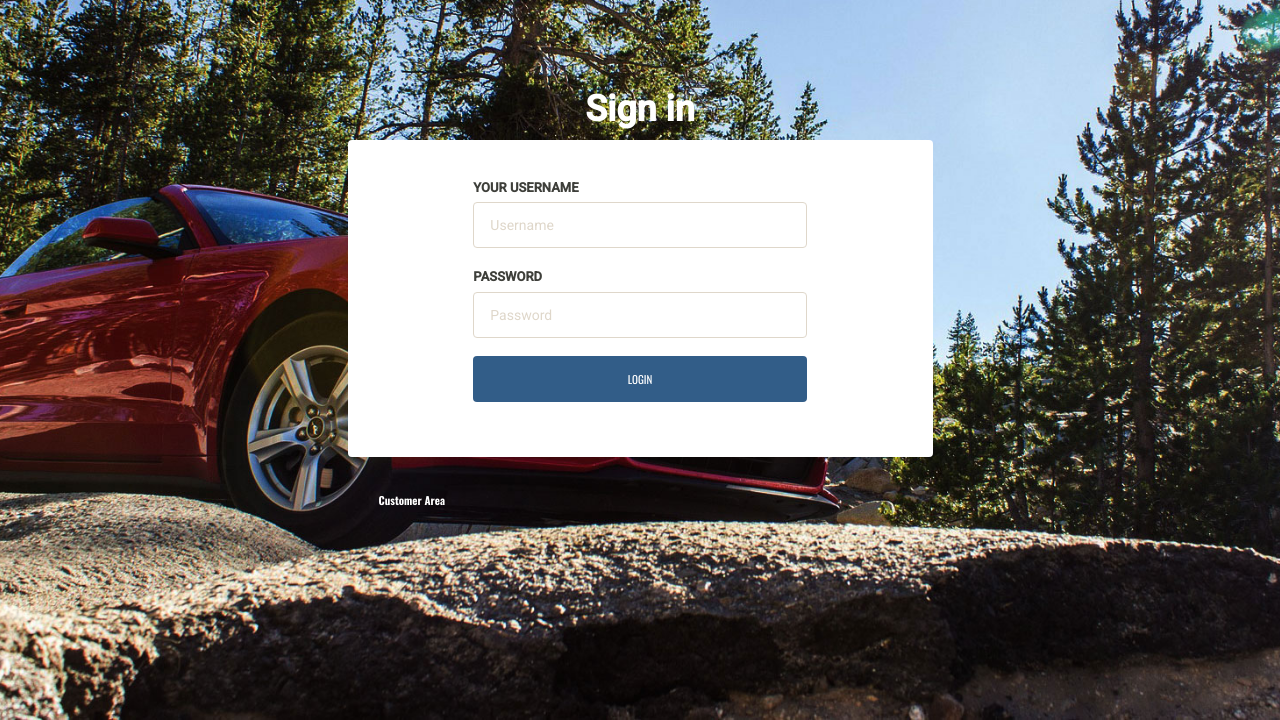
Repository: vincent254-hub/OCHMIS
Page: http://localhost/admin/
The author's editor kept a copy of each file at every save. The page is drawn from the files as they stood at one save, then again after the next save.
The browser window is 1280 px wide. The pictures show the whole page.
The page is run by PHP 8.4 with error messages shown; the project is at /var/www/html/.

Above is the page before, as saved 2024-04-24 18:32:42.

### admin/index.php
<?php
session_start();
include('includes/config.php');
if(isset($_POST['login']))
{
$email=$_POST['username'];
$password=md5($_POST['password']);
$sql ="SELECT UserName,Password FROM admin WHERE UserName=:email and Password=:password";
$query= $dbh -> prepare($sql);
$query-> bindParam(':email', $email, PDO::PARAM_STR);
$query-> bindParam(':password', $password, PDO::PARAM_STR);
$query-> execute();
$results=$query->fetchAll(PDO::FETCH_OBJ);
if($query->rowCount() > 0)
{
$_SESSION['alogin']=$_POST['username'];
echo "<script type='text/javascript'> document.location = 'dashboard.php'; </script>";
} else{

  echo "<script>alert('Invalid Credentials provided! Please try again');</script>";

}

}

?>
<!doctype html>
<html lang="en" class="no-js">

<head>
	<meta charset="UTF-8">
	<meta http-equiv="X-UA-Compatible" content="IE=edge">
	<meta name="viewport" content="width=device-width, initial-scale=1, minimum-scale=1, maximum-scale=1">
	<meta name="description" content="">
	<meta name="author" content="">

	<title>OCHMIS | Admin Login</title>
	<link rel="stylesheet" href="css/font-awesome.min.css">
	<link rel="stylesheet" href="css/bootstrap.min.css">
	<link rel="stylesheet" href="css/dataTables.bootstrap.min.css">
	<link rel="stylesheet" href="css/bootstrap-social.css">
	<link rel="stylesheet" href="css/bootstrap-select.css">
	<link rel="stylesheet" href="css/fileinput.min.css">
	<link rel="stylesheet" href="css/awesome-bootstrap-checkbox.css">
	<link rel="stylesheet" href="css/style.css">
</head>

<body>

	<div class="login-page bk-img" style="background-image: url(img/adminlogin.jpg);">
		<div class="form-content">
			<div class="container">
				<div class="row">

					<div class="col-md-6 col-md-offset-3">
						<h1 class="text-center text-bold text-light mt-4x">Sign in</h1>
						<div class="well row pt-2x pb-3x bk-light">
							<div class="col-md-8 col-md-offset-2">
								<form method="post">

									<label for="" class="text-uppercase text-sm">Your Username </label>
									<input type="text" placeholder="Username" name="username" class="form-control mb">

									<label for="" class="text-uppercase text-sm">Password</label>
									<input type="password" placeholder="Password" name="password" class="form-control mb">



									<button class="btn btn-primary btn-block" name="login" type="submit">LOGIN</button>

								</form>
							</div>
						</div>
					</div>

					<div class="col-md-6 col-md-offset-3">
						<a href="../index.php" class="text-light text-center text-bold mt-4 mx-auto btn ">Customer Area</a>
					</div>
				</div>
			</div>
		</div>
	</div>

	<!-- Loading Scripts -->
	<script src="js/jquery.min.js"></script>
	<script src="js/bootstrap-select.min.js"></script>
	<script src="js/bootstrap.min.js"></script>
	<script src="js/jquery.dataTables.min.js"></script>
	<script src="js/dataTables.bootstrap.min.js"></script>
	<script src="js/Chart.min.js"></script>
	<script src="js/fileinput.js"></script>
	<script src="js/chartData.js"></script>
	<script src="js/main.js"></script>

</body>

</html>

### admin/css/awesome-bootstrap-checkbox.css
.checkbox {
  padding-left: 20px;
}
.checkbox label {
  display: inline-block;
  vertical-align: middle;
  position: relative;
  padding-left: 5px;
}
.checkbox label::before {
  content: "";
  display: inline-block;
  position: absolute;
  width: 17px;
  height: 17px;
  left: 0;
  margin-left: -20px;
  border: 1px solid #cccccc;
  border-radius: 3px;
  background-color: #fff;
  -webkit-transition: border 0.15s ease-in-out, color 0.15s ease-in-out;
  -o-transition: border 0.15s ease-in-out, color 0.15s ease-in-out;
  transition: border 0.15s ease-in-out, color 0.15s ease-in-out;
}
.checkbox label::after {
  display: inline-block;
  position: absolute;
  width: 16px;
  height: 16px;
  left: 0;
  top: 0;
  margin-left: -20px;
  padding-left: 3px;
  padding-top: 1px;
  font-size: 11px;
  color: #555555;
}
.checkbox input[type="checkbox"],
.checkbox input[type="radio"] {
  opacity: 0;
  z-index: 1;
}
.checkbox input[type="checkbox"]:focus + label::before,
.checkbox input[type="radio"]:focus + label::before {
  outline: thin dotted;
  outline: 5px auto -webkit-focus-ring-color;
  outline-offset: -2px;
}
.checkbox input[type="checkbox"]:checked + label::after,
.checkbox input[type="radio"]:checked + label::after {
  font-family: "FontAwesome";
  content: "\f00c";
}
.checkbox input[type="checkbox"]:disabled + label,
.checkbox input[type="radio"]:disabled + label {
  opacity: 0.65;
}
.checkbox input[type="checkbox"]:disabled + label::before,
.checkbox input[type="radio"]:disabled + label::before {
  background-color: #eeeeee;
  cursor: not-allowed;
}
.checkbox.checkbox-circle label::before {
  border-radius: 50%;
}
.checkbox.checkbox-inline {
  margin-top: 0;
}

.checkbox-primary input[type="checkbox"]:checked + label::before,
.checkbox-primary input[type="radio"]:checked + label::before {
  background-color: #337ab7;
  border-color: #337ab7;
}
.checkbox-primary input[type="checkbox"]:checked + label::after,
.checkbox-primary input[type="radio"]:checked + label::after {
  color: #fff;
}

.checkbox-danger input[type="checkbox"]:checked + label::before,
.checkbox-danger input[type="radio"]:checked + label::before {
  background-color: #d9534f;
  border-color: #d9534f;
}
.checkbox-danger input[type="checkbox"]:checked + label::after,
.checkbox-danger input[type="radio"]:checked + label::after {
  color: #fff;
}

.checkbox-info input[type="checkbox"]:checked + label::before,
.checkbox-info input[type="radio"]:checked + label::before {
  background-color: #5bc0de;
  border-color: #5bc0de;
}
.checkbox-info input[type="checkbox"]:checked + label::after,
.checkbox-info input[type="radio"]:checked + label::after {
  color: #fff;
}

.checkbox-warning input[type="checkbox"]:checked + label::before,
.checkbox-warning input[type="radio"]:checked + label::before {
  background-color: #f0ad4e;
  border-color: #f0ad4e;
}
.checkbox-warning input[type="checkbox"]:checked + label::after,
.checkbox-warning input[type="radio"]:checked + label::after {
  color: #fff;
}

.checkbox-success input[type="checkbox"]:checked + label::before,
.checkbox-success input[type="radio"]:checked + label::before {
  background-color: #5cb85c;
  border-color: #5cb85c;
}
.checkbox-success input[type="checkbox"]:checked + label::after,
.checkbox-success input[type="radio"]:checked + label::after {
  color: #fff;
}

.radio {
  padding-left: 20px;
}
.radio label {
  display: inline-block;
  vertical-align: middle;
  position: relative;
  padding-left: 5px;
}
.radio label::before {
  content: "";
  display: inline-block;
  position: absolute;
  width: 17px;
  height: 17px;
  left: 0;
  margin-left: -20px;
  border: 1px solid #cccccc;
  border-radius: 50%;
  background-color: #fff;
  -webkit-transition: border 0.15s ease-in-out;
  -o-transition: border 0.15s ease-in-out;
  transition: border 0.15s ease-in-out;
}
.radio label::after {
  display: inline-block;
  position: absolute;
  content: " ";
  width: 11px;
  height: 11px;
  left: 3px;
  top: 3px;
  margin-left: -20px;
  border-radius: 50%;
  background-color: #555555;
  -webkit-transform: scale(0, 0);
  -ms-transform: scale(0, 0);
  -o-transform: scale(0, 0);
  transform: scale(0, 0);
  -webkit-transition: -webkit-transform 0.1s cubic-bezier(0.8, -0.33, 0.2, 1.33);
  -moz-transition: -moz-transform 0.1s cubic-bezier(0.8, -0.33, 0.2, 1.33);
  -o-transition: -o-transform 0.1s cubic-bezier(0.8, -0.33, 0.2, 1.33);
  transition: transform 0.1s cubic-bezier(0.8, -0.33, 0.2, 1.33);
}
.radio input[type="radio"] {
  opacity: 0;
  z-index: 1;
}
.radio input[type="radio"]:focus + label::before {
  outline: thin dotted;
  outline: 5px auto -webkit-focus-ring-color;
  outline-offset: -2px;
}
.radio input[type="radio"]:checked + label::after {
  -webkit-transform: scale(1, 1);
  -ms-transform: scale(1, 1);
  -o-transform: scale(1, 1);
  transform: scale(1, 1);
}
.radio input[type="radio"]:disabled + label {
  opacity: 0.65;
}
.radio input[type="radio"]:disabled + label::before {
  cursor: not-allowed;
}
.radio.radio-inline {
  margin-top: 0;
}

.radio-primary input[type="radio"] + label::after {
  background-color: #337ab7;
}
.radio-primary input[type="radio"]:checked + label::before {
  border-color: #337ab7;
}
.radio-primary input[type="radio"]:checked + label::after {
  background-color: #337ab7;
}

.radio-danger input[type="radio"] + label::after {
  background-color: #d9534f;
}
.radio-danger input[type="radio"]:checked + label::before {
  border-color: #d9534f;
}
.radio-danger input[type="radio"]:checked + label::after {
  background-color: #d9534f;
}

.radio-info input[type="radio"] + label::after {
  background-color: #5bc0de;
}
.radio-info input[type="radio"]:checked + label::before {
  border-color: #5bc0de;
}
.radio-info input[type="radio"]:checked + label::after {
  background-color: #5bc0de;
}

.radio-warning input[type="radio"] + label::after {
  background-color: #f0ad4e;
}
.radio-warning input[type="radio"]:checked + label::before {
  border-color: #f0ad4e;
}
.radio-warning input[type="radio"]:checked + label::after {
  background-color: #f0ad4e;
}

.radio-success input[type="radio"] + label::after {
  background-color: #5cb85c;
}
.radio-success input[type="radio"]:checked + label::before {
  border-color: #5cb85c;
}
.radio-success input[type="radio"]:checked + label::after {
  background-color: #5cb85c;
}

input[type="checkbox"].styled:checked + label:after,
input[type="radio"].styled:checked + label:after {
  font-family: 'FontAwesome';
  content: "\f00c";
}
input[type="checkbox"] .styled:checked + label::before,
input[type="radio"] .styled:checked + label::before {
  color: #fff;
}
input[type="checkbox"] .styled:checked + label::after,
input[type="radio"] .styled:checked + label::after {
  color: #fff;
}

### admin/css/style.css
@import url(http://fonts.googleapis.com/css?family=Lato:300,400,700,900,100italic,300italic,400italic);
@import url(https://fonts.googleapis.com/css?family=Oswald:700,400,300);
/****************************
*   FOR RESPONSIVENESS      *
****************************/
::selection {
  background: #4f5362;
  /* WebKit/Blink Browsers */
  color: #fff;
}
::-moz-selection {
  background: #4f5362;
  /* Gecko Browsers */
  color: #fff;
}
html {
  font-size: 14px;
}
@media only screen and (min-width: 480px) {
  html {
    font-size: 17px;
  }
}
@media only screen and (min-width: 768px) {
  html {
    font-size: 14px;
  }
}
@media only screen and (min-width: 1024px) {
  p {
    font-size: 1em;
    margin-bottom: 1.8em;
  }
}
/****************************
*      BODY DEFAULTS        *
****************************/
body {
  font-size: 1em;
}
a {
  color: #37a6c4;
}
a:hover {
  text-decoration: none;
  color: #5db9d1;
}
/****************************
*      Buttons        *
****************************/
.btn {
  font-family: 'Oswald', sans-serif;
}
.btn i {
  position: relative;
  top: -2px;
}
.btn.text-left {
  text-align: left;
}
.btn-brand {
  background: #37a6c4;
  color: #fff;
}
.btn-brand:hover {
  color: #fff;
  background: #2c849c;
}
.btn-dark {
  background: #272727;
  color: #fff;
}
.btn-dark:hover {
  color: #fff;
  background: #2c849c;
}
.btn-red {
  background: #4f5362;
  color: #fff;
}
.btn-red:hover {
  color: #fff;
  background: #383b46;
}
.btn-alt {
  background: #f0f0f0;
  color: #222;
}
.btn-alt:hover {
  color: #fff;
  background: #2c849c;
}
/****************************
*      Background Colors        *
****************************/
.bk-primary {
  background: #325d88;
}
.bk-success {
  background: #93c54b;
}
.bk-warning {
  background: #f47c3c;
}
.bk-danger {
  background: #d9534f;
}
.bk-info {
  background: #29abe0;
}
.bk-white,
.bk-light {
  background: #fff;
}
.bk-brand {
  background: #37a6c4;
}
.bk-dark {
  background: #222;
}
.bk-blue {
  background: #0010ce;
}
.bk-alt {
  background: #f7f7f7;
}
.bk-ghost {
  background: transparent;
}
.bk-img {
  position: relative;
  width: 100%;
  background-position: center;
  background-repeat: no-repeat;
  background-size: cover;
  background-image: url(../../img/login-bg.jpg);
}
.bk-fixed {
  background-attachment: fixed;
}
.hr-green {
  height: 2px;
  background: #37a6c4;
}
.hr-grey {
  height: 2px;
  background: #f0f0f0;
}
.hr-dashed {
  background-color: transparent;
  border-top: 1px dotted #edf0f5;
  color: transparent;
  height: 1px;
  margin: 20px 0;
}
.panel {
  overflow: hidden;
}
/****************************
*      Border        *
****************************/
.brdr {
  border: 1px solid #f0f0f0;
}
/****************************
*      Text size color        *
****************************/
.font-one {
  font-family: 'Oswald', sans-serif;
}
.text-bold {
  font-weight: bold;
}
.text-normal {
  font-weight: normal;
}
.text-thin {
  font-weight: 100;
}
.text-lowercase {
  text-transform: none;
}
.text-sm {
  font-size: 13px;
}
.text-lg {
  font-size: 18px;
}
.text-xl {
  font-size: 1.6em;
}
.text-2x {
  font-size: 2em;
}
.text-3x {
  font-size: 2.4em;
}
.text-4x {
  font-size: 3em;
}
.text-white,
.text-light {
  color: #fff !important;
}
.link-white a {
  color: #fff;
}
.text-grey {
  color: #ccc;
}
.text-dgrey {
  color: #818181;
}
.text-brand {
  color: #37a6c4;
}
.text-yellow {
  color: #ffff00;
}
.title .line {
  display: inline-block;
  padding-bottom: 10px;
  border-bottom: 3px solid #222;
}
/****************************
*       Margins         *
****************************/
.mt {
  margin-top: 18px;
}
.mt-0x {
  margin-top: 0 !important;
}
.mt-2x {
  margin-top: 36px;
}
.mt-3x {
  margin-top: 54px;
}
.mt-4x {
  margin-top: 90px;
}
.mt-5x {
  margin-top: 144px;
}
.mb {
  margin-bottom: 18px;
}
.mb-0x {
  margin-bottom: 0 !important;
}
.mb-2x {
  margin-bottom: 36px;
}
.mb-3x {
  margin-bottom: 54px;
}
.mb-4x {
  margin-bottom: 90px;
}
.mb-5x {
  margin-bottom: 144px;
}
.pt {
  padding-top: 18px;
}
.pt-2x {
  padding-top: 36px;
}
.pt-3x {
  padding-top: 54px;
}
.pt-4x {
  padding-top: 90px;
}
.pt-5x {
  padding-top: 144px;
}
.pb {
  padding-bottom: 18px;
}
.pb-2x {
  padding-bottom: 36px;
}
.pb-3x {
  padding-bottom: 54px;
}
.pb-4x {
  padding-bottom: 90px;
}
.pb-5x {
  padding-bottom: 144px;
}
/* Content boxes */
.content-box {
  padding: 15px;
}
.block-anchor {
  display: block;
}
/****************************
*       Content Typography         *
****************************/
.content-format {
  line-height: 1.6em;
  font-weight: 400;
  letter-spacing: .01em;
  font-style: normal;
  word-wrap: break-word;
}
.content-format .h1,
.content-format .h2,
.content-format .h3,
.content-format .h4,
.content-format .h5,
.content-format .h6,
.content-format h1,
.content-format h2,
.content-format h3,
.content-format h4,
.content-format h5,
.content-format h6 {
  font-family: 'Oswald', sans-serif;
  font-weight: 700;
  font-weight: bold;
  font-style: normal;
  color: rgba(0, 0, 0, 0.8);
  margin-top: 40px;
}
.content-format .h1 a,
.content-format .h2 a,
.content-format .h3 a,
.content-format .h4 a,
.content-format .h5 a,
.content-format .h6 a,
.content-format h1 a,
.content-format h2 a,
.content-format h3 a,
.content-format h4 a,
.content-format h5 a,
.content-format h6 a {
  font-size: inherit;
}
.content-format .h2,
.content-format h2 {
  font-size: 3em;
  line-height: 1;
  margin-bottom: 10px;
  padding-bottom: 10px;
  border-bottom: 4px solid #f0f0f0;
}
.content-format .h3,
.content-format h3 {
  font-size: 2em;
  line-height: 1.2;
  margin-bottom: 4px;
  margin: 1em 0 0.5em;
}
.content-format .h4,
.content-format h4 {
  font-size: 1.7em;
  line-height: 1.4;
  margin-bottom: 6px;
}
.content-format .h5,
.content-format h5 {
  font-size: 1.5em;
  line-height: 1.4;
  margin-bottom: 8px;
}
.content-format .h6,
.content-format h6 {
  font-size: 1.3em;
  line-height: 1.4;
  margin-bottom: 10px;
}
.content-format strong {
  font-weight: bold;
}
.content-format ul:not(.social-awesome) {
  list-style: disc outside;
  margin: 1.714285714rem 0 1.714285714rem;
  line-height: 1.714285714;
}
.content-format ul:not(.social-awesome) li {
  margin: 0 0 0 36px;
  margin: 0 1rem 0 2.571428571rem;
}
.content-format ul:not(.social-awesome).list-unstyled {
  list-style: none;
}
.content-format ul:not(.social-awesome).list-unstyled li {
  margin: 0 0 0 24px;
}
.content-format em {
  font-style: italic;
}
.content-format p {
  margin-bottom: 1.8em;
}
.content-format figure {
  margin-bottom: 42px;
}
.content-format figure .caption {
  color: #999;
  font-size: 14px;
}
.content-format img {
  border: 0;
  height: auto;
  max-width: 100%;
  vertical-align: middle;
}
.content-format .fa {
  color: #37a6c4;
  margin-right: 10px;
}
.content-format blockquote {
  border-left: 4px solid #c3c3c3;
  border-left: 4px solid rgba(51, 51, 51, 0.17);
  color: #707070;
  color: rgba(51, 51, 51, 0.7);
  font-size: 1.2em;
  font-style: italic;
  line-height: 1.6667;
  margin-bottom: 1em;
  padding-left: 0.7778em;
}
.content-format blockquote.double-quote {
  border-left: none;
  padding-left: 1em;
}
.content-format pre {
  background: #fff;
  border: 1px solid #ededed;
  color: #666;
  font-family: Consolas, Monaco, Lucida Console, monospace;
  font-size: .9em;
  line-height: 1.714285714;
  margin: 24px 0;
  margin: 1.714285714rem 0;
  overflow: auto;
}
.content-format ol {
  margin: 24px 0 24px;
  margin: 1.714285714rem 0 1.714285714rem;
  line-height: 1.714285714;
  list-style: decimal outside;
}
.content-format img.wp-smiley,
.content-format img.emoji {
  display: inline !important;
  border: none !important;
  box-shadow: none !important;
  height: 1em !important;
  width: 1em !important;
  margin: 0 .07em !important;
  vertical-align: -0.1em !important;
  background: none !important;
  padding: 0 !important;
}
/*
 * Theme Struck - Harmony - Free responsive Bootstrap admin template by Themestruck.com (http://themestruck.com)
 * Code licensed under the MIT
 * For details, see #
 */
ul,
li {
  margin: 0;
  padding: 0;
  list-style: none;
}
/* Social Button Modifications */
.btn {
  text-transform: none;
}
.btn-social > :first-child {
  width: 42px;
  line-height: 46px;
}
.btn-social {
  padding-left: 58px;
}
/* Circle buttons */
.btn-circle {
  width: 30px;
  height: 30px;
  padding: 6px 0;
  border-radius: 15px;
  text-align: center;
  font-size: 12px;
  line-height: 1.428571429;
}
.btn-circle.btn-lg {
  width: 50px;
  height: 50px;
  padding: 10px 16px;
  border-radius: 25px;
  font-size: 18px;
  line-height: 1.33;
}
.btn-circle.btn-xl {
  width: 70px;
  height: 70px;
  padding: 10px 16px;
  border-radius: 35px;
  font-size: 24px;
  line-height: 1.33;
}
/* Chart design */
/* Charts */
.chart-dot-list {
  display: block;
  margin-top: 60px;
  margin-left: 20px;
}
.chart-dot-list li {
  margin-bottom: 4px;
}
.chart-dot-list li:before {
  content: '';
  height: 12px;
  width: 12px;
  margin-right: 6px;
  display: inline-block;
  background: #222;
  border-radius: 50%;
}
.chart-dot-list li.a1:before {
  background: #F7464A;
}
.chart-dot-list li.a2:before {
  background: #46BFBD;
}
.chart-dot-list li.a3:before {
  background: #FDB45C;
}
.chart-doughnut {
  padding: 41px 0;
}
/* component */
.page-title {
  padding-bottom: 15px;
  margin-bottom: 20px;
  border-bottom: 1px solid #f0f0f0;
}
.brand {
  background: #3e454c;
  position: relative;
  z-index: 3;
  position: fixed;
  width: 100%;
  top: 0;
}
.brand .logo {
  box-sizing: border-box;
  padding: 20px;
  float: left;
  display: block;
  width: 200px;
}
@media only screen and (min-width: 992px) {
  .brand .logo {
    width: 250px;
  }
}
.brand .logo img {
  height: 20px;
}
.brand .menu-btn {
  float: right;
  background: #232d3b;
  text-align: center;
  cursor: pointer;
  color: #fff;
  padding: 20px 20px;
}
@media only screen and (min-width: 992px) {
  .brand .menu-btn {
    display: none;
  }
}
.brand .ts-profile-nav {
  float: right;
  display: none;
}
.brand .ts-profile-nav li {
  float: left;
  position: relative;
}
.brand .ts-profile-nav li a {
  display: block;
  padding: 20px;
  color: #fff;
}
.brand .ts-profile-nav li ul {
  visibility: hidden;
  opacity: 0;
  right: 0;
  position: absolute;
}
.brand .ts-profile-nav li ul li {
  float: none;
  width: 180px;
}
.brand .ts-profile-nav li ul li a {
  padding: 10px 20px;
  background: #222;
}
.brand .ts-profile-nav .ts-account .fa-angle-down {
  float: right;
}
.brand .ts-profile-nav .ts-account > a {
  width: 180px;
  background: #2c3136;
}
.brand .ts-profile-nav .ts-account .ts-avatar {
  border-radius: 50%;
  height: 28px;
  margin: -10px 0;
  margin-right: 10px;
}
.brand .ts-profile-nav .ts-account:hover ul {
  visibility: visible;
  opacity: 1;
}
@media only screen and (min-width: 992px) {
  .brand .ts-profile-nav {
    display: block;
  }
}
.ts-sidebar::-webkit-scrollbar-track {
  background-color: transparent;
}
.ts-sidebar::-webkit-scrollbar {
  width: 5px;
  background-color: transparent;
}
.ts-sidebar::-webkit-scrollbar-thumb {
  background-color: #b4b4b4;
}
.ts-sidebar {
  background: #2c3136;
  max-height: 0;
  transition: max-height 0.3s;
  overflow: hidden;
  position: fixed;
  z-index: 2;
  width: 100%;
  bottom: 0;
  top: 60px;
  overflow-y: auto;
}
.ts-sidebar .hidden-side {
  display: none;
}
.ts-sidebar .ts-sidebar-search {
  width: 100%;
  background: #25292a;
  border: none;
  padding: 10px 15px;
  color: #fff;
}
@media only screen and (min-width: 992px) {
  .ts-sidebar .ts-profile-nav {
    display: none;
  }
}
@media only screen and (min-width: 992px) {
  .ts-sidebar {
    max-height: 100%;
    bottom: 0;
  }
}
.ts-sidebar-menu .ts-label {
  color: #585c64;
  font-weight: bold;
  padding: 8px 15px;
  text-transform: uppercase;
  font-size: 10px;
  letter-spacing: 3px;
  margin-top: 10px;
}
.ts-sidebar-menu a {
  display: block;
  text-decoration: none;
  padding: 12px 15px;
  color: #fff;
}
.ts-sidebar-menu li {
  position: relative;
}
.ts-sidebar-menu li i {
  color: #585c64;
  margin-right: 10px;
}
.ts-sidebar-menu li ul {
  display: block;
  background: rgba(255, 0, 0, 0.12);
  background: rgba(0, 0, 0, 0.32);
  max-height: 0;
  overflow: hidden;
  transition: all 0.3s ease;
}
.menu-open,
.ts-sidebar-menu .open > ul {
  max-height: 2000px;
}
.ts-sidebar-menu .open > a {
  background: rgba(51, 56, 62, 0.35);
}
.ts-sidebar-menu > .open > a {
  background: #33383e;
  border-left: 3px solid #37a6c4;
}
.ts-sidebar-menu .open > .more i {
  transform: rotate(180deg);
}
.more i {
  color: #fff;
  padding: 15px;
  transition: transform 0.3s;
}
.more {
  float: right;
  min-width: 10%;
  cursor: pointer;
}
.ts-main-content .content-wrapper {
  padding-top: 15px;
  margin-top: 60px;
}
@media only screen and (min-width: 992px) {
  .ts-main-content .ts-sidebar {
    width: 250px;
    float: left;
  }
  .ts-main-content .content-wrapper {
    margin-left: 250px;
  }
}
/* Login page */
.login-page {
  position: absolute;
  height: 100%;
  width: 100%;
}

### admin/js/main.js
 $(document).ready(function () {

 	$(".ts-sidebar-menu li a").each(function () {
 		if ($(this).next().length > 0) {
 			$(this).addClass("parent");
 		};
 	})
 	var menux = $('.ts-sidebar-menu li a.parent');
 	$('<div class="more"><i class="fa fa-angle-down"></i></div>').insertBefore(menux);
 	$('.more').click(function () {
 		$(this).parent('li').toggleClass('open');
 	});
	$('.parent').click(function (e) {
		e.preventDefault();
 		$(this).parent('li').toggleClass('open');
 	});
 	$('.menu-btn').click(function () {
 		$('nav.ts-sidebar').toggleClass('menu-open');
 	});


	 $('#zctb').DataTable();


	 $("#input-43").fileinput({
		showPreview: false,
		allowedFileExtensions: ["zip", "rar", "gz", "tgz"],
		elErrorContainer: "#errorBlock43"
			// you can configure `msgErrorClass` and `msgInvalidFileExtension` as well
	});

 });

Loaded but not shown: admin/includes/config.php (common file); admin/css/font-awesome.min.css (library); admin/css/bootstrap.min.css (library); admin/css/dataTables.bootstrap.min.css (library); admin/css/bootstrap-social.css (library); admin/css/bootstrap-select.css (library); admin/css/fileinput.min.css (library); admin/js/jquery.min.js (library); admin/js/bootstrap-select.min.js (library); admin/js/bootstrap.min.js (library); admin/js/jquery.dataTables.min.js (library); admin/js/dataTables.bootstrap.min.js (common file); admin/js/Chart.min.js (library); admin/js/chartData.js (common file); admin/js/fileinput.js (2304 lines, source omitted)

After the next save:
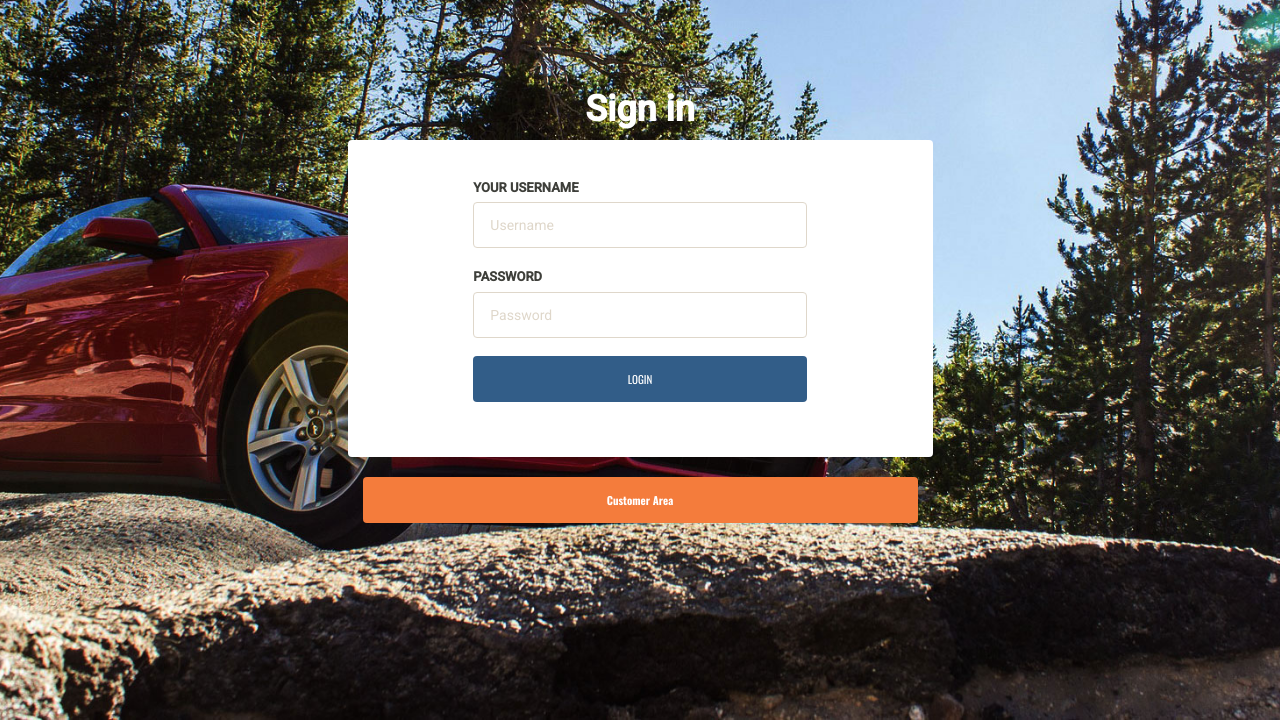
Saved 24 s later.
--- a/admin/index.php
+++ b/admin/index.php
@@ -74,7 +74,7 @@ echo "<script type='text/javascript'> document.location = 'dashboard.php'; </scr
 					</div>
 
 					<div class="col-md-6 col-md-offset-3">
-						<a href="../index.php" class="text-light text-center text-bold mt-4 mx-auto btn ">Customer Area</a>
+						<a href="../index.php" class="text-light text-center text-bold mt-4 mx-auto btn btn-block btn-warning">Customer Area</a>
 					</div>
 				</div>
 			</div>
